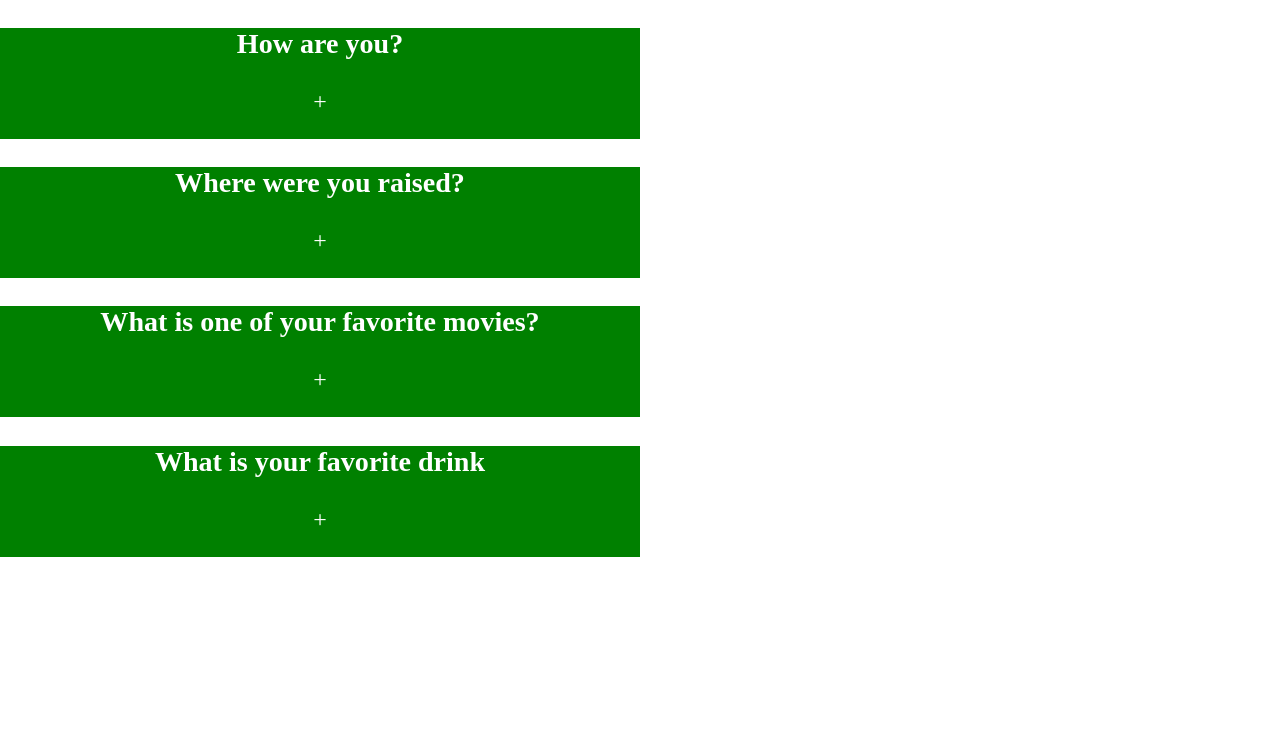
Repository: kosenijr/react-projects
Page: / (app in accordion/)
An editor plug-in stored every save of this project. The page is shown before and after the next save, followed by the edit.
The browser window is 1280 px wide. The pictures show the whole page.
The project was rebuilt for these pictures with package versions that can differ from the ones it lists, and the page was loaded fresh each time.

Above is the page before, as saved 2024-03-02 22:32:03.

### accordion/src/App.js
import React from "react";
import "./App.css";
import Accordion from "./components/Accordion";

function App() {
  return (
    <div className="App">
      <Accordion />
    </div>
  );
}

export default App;

### accordion/src/components/Accordion.js
import React, { useState } from "react";
import "../styles/Accordion.css";
import data from "../data";

function Accordion() {
  // setting up useState
  const [selected, setSelected] = useState(null);
  // setting up handling
  const handleSingleSelection = (getCurrentId) => {
    console.log(selected, getCurrentId);
    // setSelected(getCurrentId === selected ? null : getCurrentId); // keep add condition for closure
    setSelected(selected !== getCurrentId ? getCurrentId : null)
  };

  return (
    <div className="wrapper">
      {/* single selection accordion */}
      <div className="accordion">
        {data && data.length > 0 ? (
          data.map((dataItem) => (
            <div className="item" key={dataItem.id}>
              {" "}
              {/* always remember to add key */}
              <div
                className="title"
                onClick={() => handleSingleSelection(dataItem.id)}
              >
                <h3>{dataItem.question}</h3>
                <span>+</span>
              </div>
              {selected === dataItem.id ? (
                <div className="content ">{dataItem.answer}</div>
              ) : null}
            </div>
          ))
        ) : (
          <div>No data found!</div>
        )}
      </div>
    </div>
  );
}

export default Accordion;

### accordion/src/styles/Accordion.css
.wrapper {
  height: 100vh;
  width: 100vw
}
.accordion {
  color: white;

}

.item {
  background-color: green;
  font: 1.5em Raleway;
  /* height: 5em; */
  padding-bottom: 1em;
  width: 50vw;
  position: center;
}

.content {
  font: 1.5em bold Raleway;
}

### accordion/src/data.js
const data = [
  {
    id: 1,
    question: "How are you?",
    answer: "I am well!",
  },

  {
    id: 2,
    question: "Where were you raised?",
    answer: "I was raised in Queens.",
  },

  {
    id: 3,
    question: "What is one of your favorite movies?",
    answer: "Harlem Nights",
  },

  {
    id: 4,
    question: "What is your favorite drink",
    answer: "Water",
  },
];

export default data;

Loaded but not shown: accordion/public/index.html (common file); accordion/src/index.js (common file); accordion/src/index.css (common file); accordion/src/reportWebVitals.js (common file); accordion/src/App.css (common file)

After the next save:
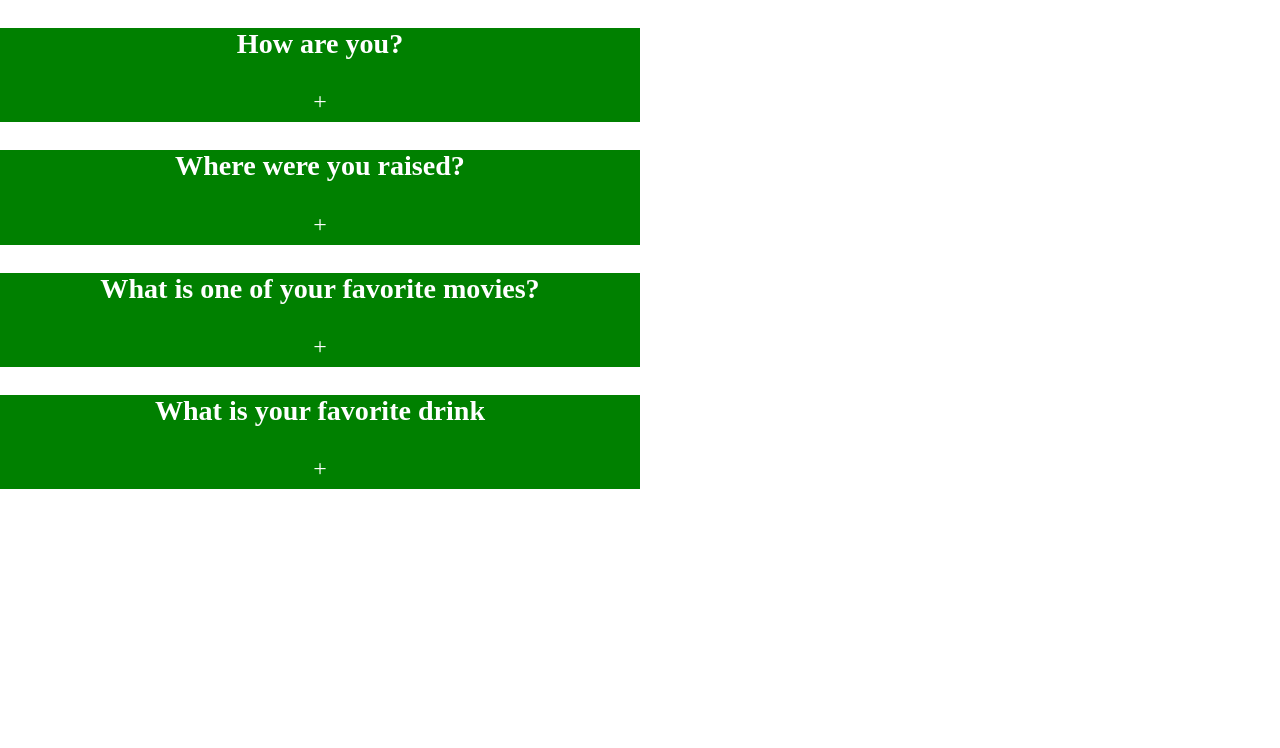
Saved 2 min 1 s later.
--- a/accordion/src/styles/Accordion.css
+++ b/accordion/src/styles/Accordion.css
@@ -11,9 +11,8 @@
   background-color: green;
   font: 1.5em Raleway;
   /* height: 5em; */
-  padding-bottom: 1em;
+  padding-bottom: 1vh;
   width: 50vw;
-  position: center;
 }
 
 .content {
